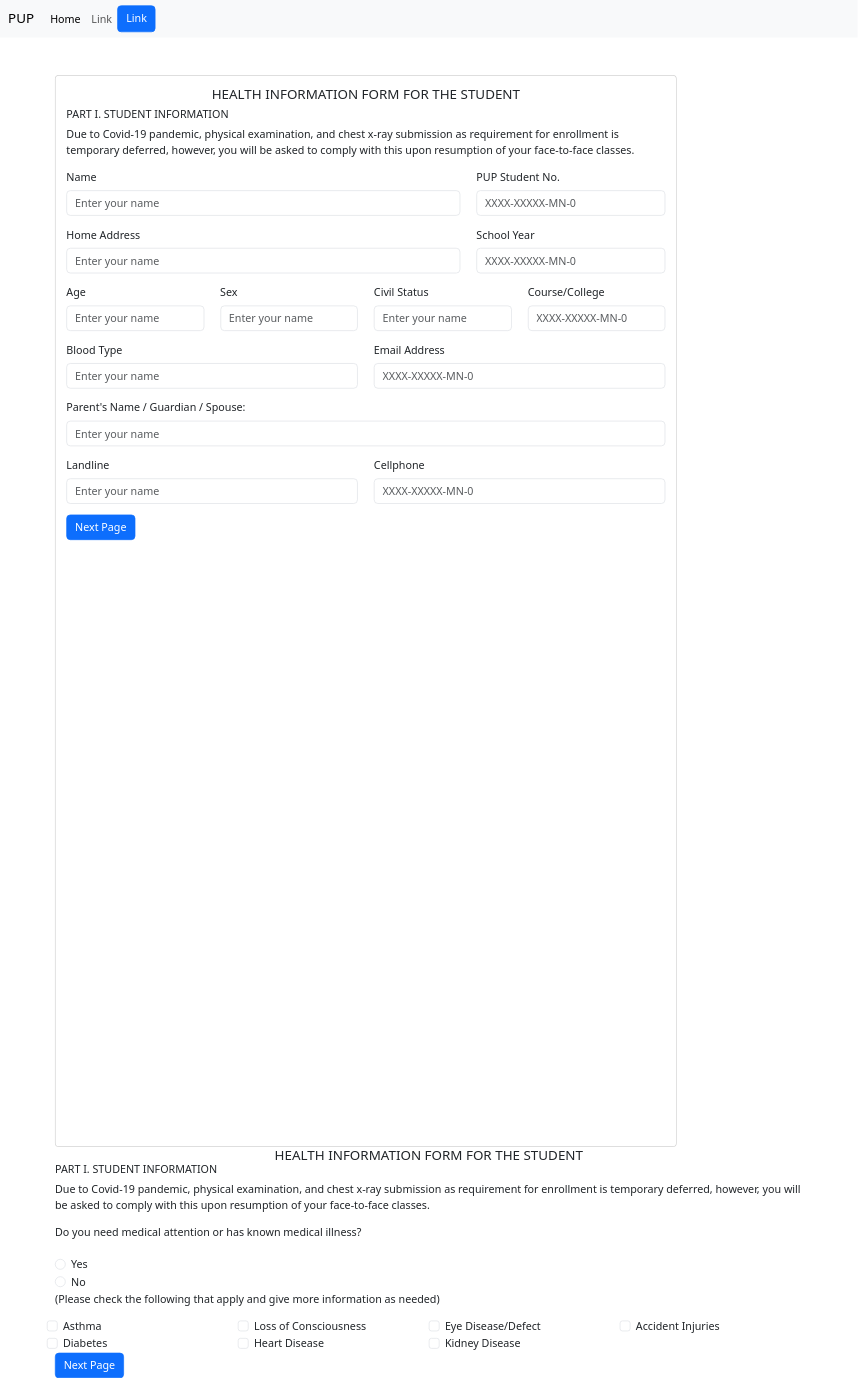
Repository: Nicktacku/webdev
Page: form.html
An editor plug-in stored every save of this project. The page is shown before and after the next save, followed by the edit.
The browser window is 1280 px wide. The pictures show the whole page, at 67% of full size.

Above is the page before, as saved 2024-07-15 18:30:41.

After the next save:
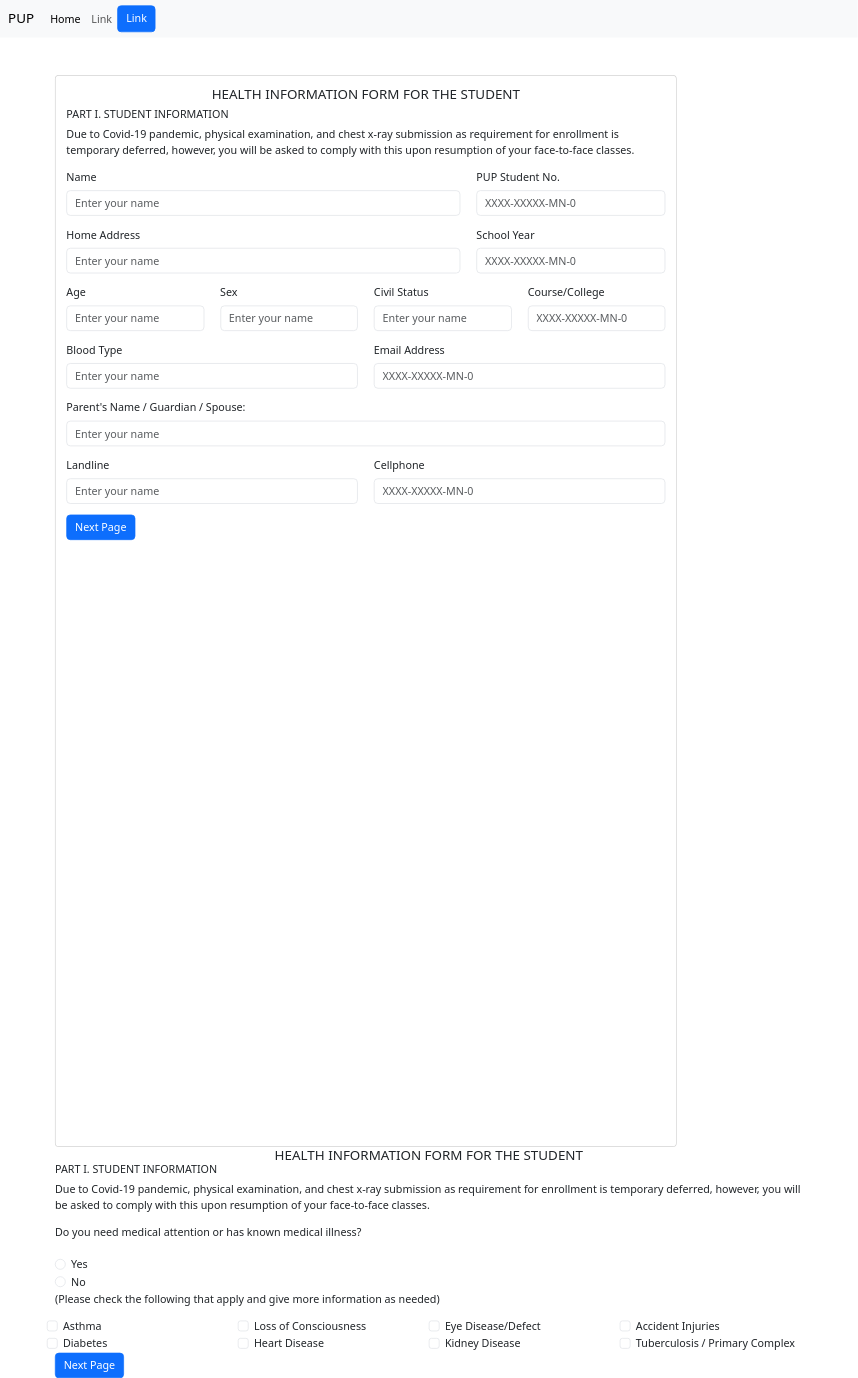
Saved 34 s later.
--- a/form.html
+++ b/form.html
@@ -224,6 +224,12 @@
                             Kidney Disease
                     </label>
                     </div>
+                    <div class="form-check col-3">
+                        <input class="form-check-input" type="checkbox" value="" id="flexCheckDefault">
+                        <label class="form-check-label" for="flexCheckDefault">
+                            Tuberculosis / Primary Complex
+                    </label>
+                    </div>
                   </div>
             </div>
           </div>
